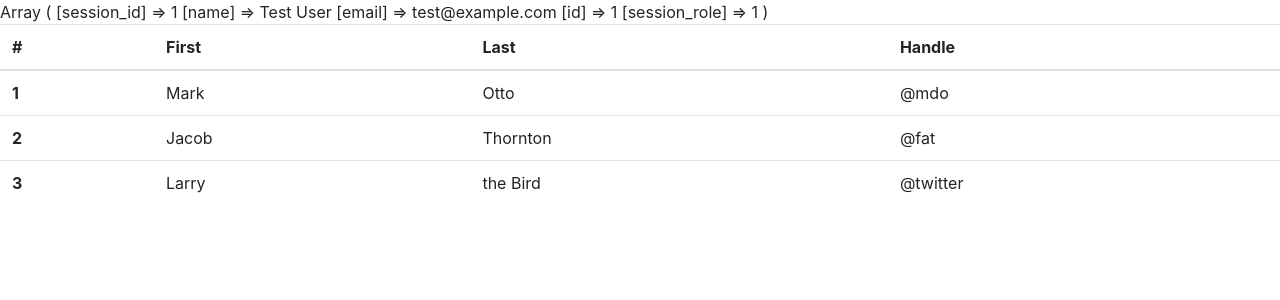
Repository: AbdulRehman0/registration
Page: http://localhost/dashboard.php
An editor plug-in stored every save of this project. The page is shown before and after the next save, followed by the edit.
The browser window is 1280 px wide. The pictures show the whole page.
The page is run by PHP 8.4 with error messages shown; the project is at /var/www/html/. The session is filled in as if someone had signed in: {"session_id": true, "name": "Test User", "email": "test@example.com", "id": 1, "session_role": 1}. Queries for data that is not in the repository find no rows.

Above is the page before, as saved 2021-01-05 18:41:28.

After the next save:
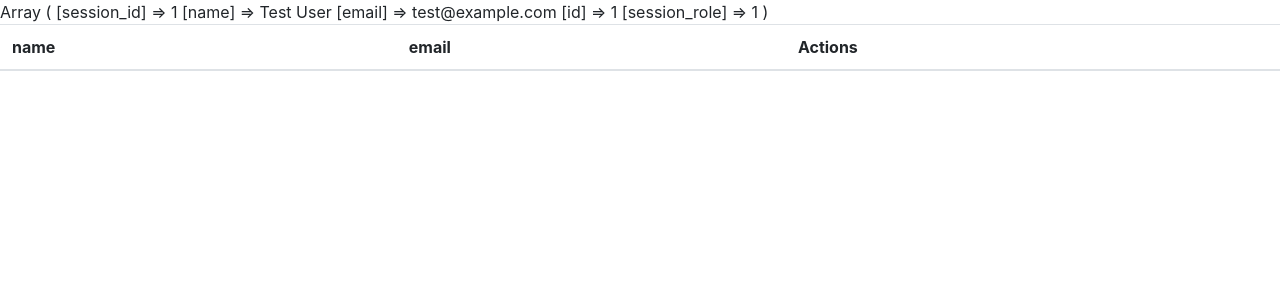
Saved 2 min 38 s later.
--- a/dashboard.php
+++ b/dashboard.php
@@ -25,31 +25,20 @@ include "./templates/header.php";
 <table class="table">
   <thead>
     <tr>
-      <th scope="col">#</th>
-      <th scope="col">First</th>
-      <th scope="col">Last</th>
-      <th scope="col">Handle</th>
+      <th scope="col">name</th>
+      <th scope="col">email</th>
+      <th scope="col">Actions</th>
     </tr>
   </thead>
   <tbody>
+    <?php foreach($res as $row):?>
     <tr>
-      <th scope="row">1</th>
-      <td>Mark</td>
-      <td>Otto</td>
-      <td>@mdo</td>
+    <td><?php echo $row["name"];?></td>
+    <td><?php echo $row["email"];?></td>
+    <td><?php echo "action"?></td>
     </tr>
-    <tr>
-      <th scope="row">2</th>
-      <td>Jacob</td>
-      <td>Thornton</td>
-      <td>@fat</td>
-    </tr>
-    <tr>
-      <th scope="row">3</th>
-      <td>Larry</td>
-      <td>the Bird</td>
-      <td>@twitter</td>
-    </tr>
+    <?php endforeach;?>
+
   </tbody>
 </table>
 
